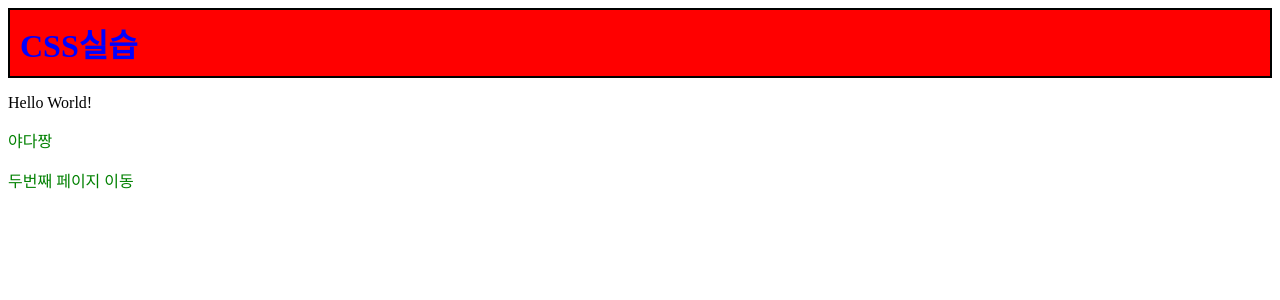
Repository: ashojm/WebWork
Page: Web/first.html
An editor plug-in stored every save of this project. The page is shown before and after the next save, followed by the edit.
The browser window is 1280 px wide. The pictures show the whole page.
The pointer rests on the first visible `a`.

Above is the page before, as saved 2015-11-12 16:45:45.

### Web/first.html
<!DOCTYPE html>
<html>
	<head>
		<meta charset="UTF-8">
		<link rel="stylesheet" href="css/base.css"/>
		<title>제목입니다.</title>
	</head>
	<body>
		<h1>CSS실습</h1>
		<p>
			Hello World!
		</p>
		<p id="test">
			<a href="second.html">야다짱</a>
		</p>
		<p class="yada">
			<a href="second.html" target="">두번째 페이지 이동</a>

		</p>

	</body>
</html>

### Web/css/base.css
h1{color:#0000FF;font-family:serif;font-size:200%;background-color:red;border:2px solid black;padding:10px;margin:0 auto}

a:link {color:green;background-color:transparent;text-decoration:none}
a:visited {color:yellow;background-color:transparent;text-decoration:none}

After the next save:
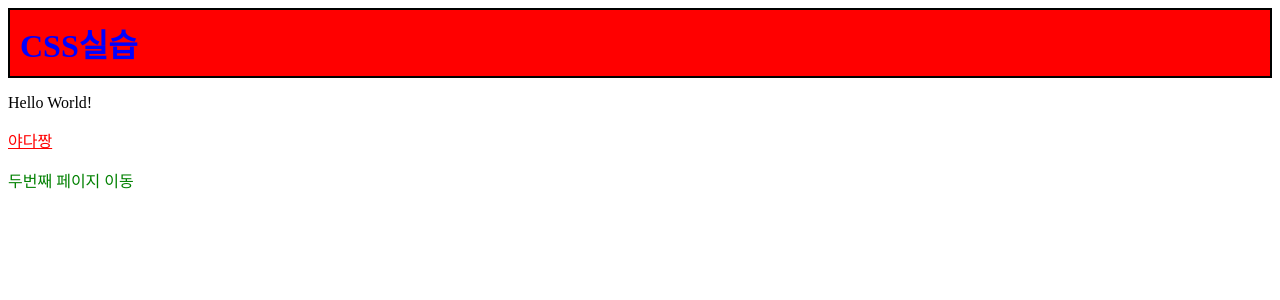
Saved 101 s later.
--- a/Web/css/base.css
+++ b/Web/css/base.css
@@ -2,3 +2,5 @@ h1{color:#0000FF;font-family:serif;font-size:200%;background-color:red;border:2p
 
 a:link {color:green;background-color:transparent;text-decoration:none}
 a:visited {color:yellow;background-color:transparent;text-decoration:none}
+a:hover   {color:red; background-color:transparent; text-decoration:underline}
+a:active  {color:blue; background-color:transparent; text-decoration:underline}
